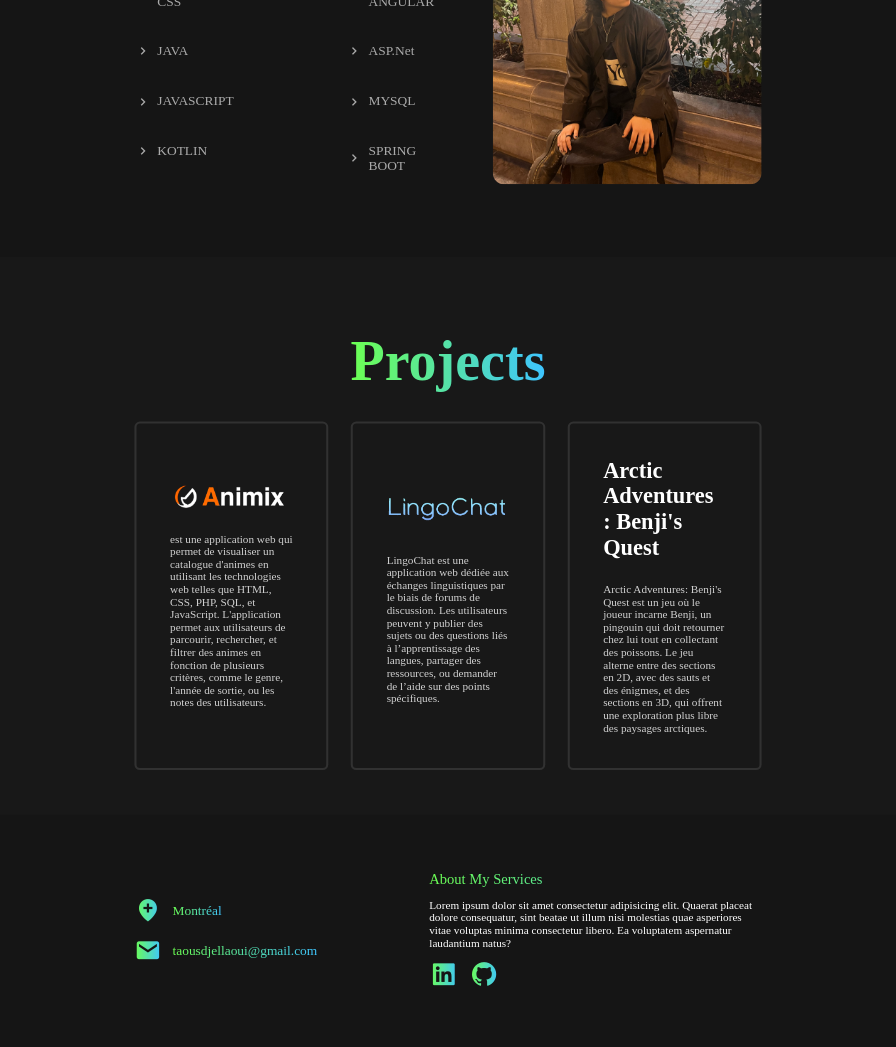
Repository: taousdjellaoui/portfolio-
Page: index.html
An editor plug-in stored every save of this project. The page is shown before and after the next save, followed by the edit.
The browser window is 1280 px wide. The pictures show the part of the page from y = 1073 to 2993 px (the page is 2568 px tall before and 2993 px after), at 70% of full size.
A picture or video elsewhere on the page could not be fetched, so the positions and the page height are approximate.

Above is the page before, as saved 2024-10-09 20:25:57.

After the next save:
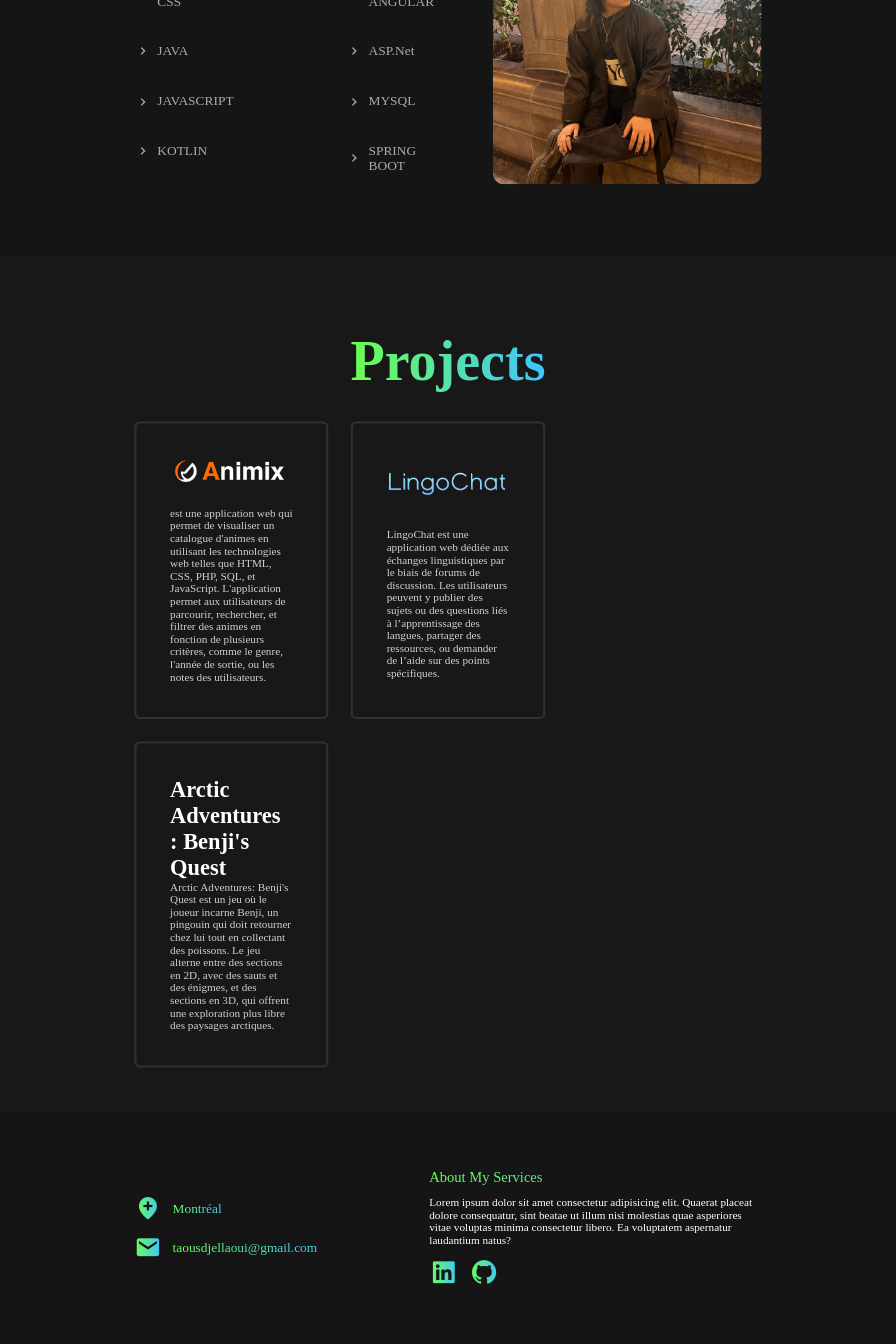
Saved 110 s later.
--- a/index.html
+++ b/index.html
@@ -90,13 +90,13 @@
             LingoChat est une application web dédiée aux échanges linguistiques par le biais de forums de discussion. Les utilisateurs peuvent y publier des sujets ou des questions liés à l’apprentissage des langues, partager
             des ressources, ou demander de l’aide sur des points spécifiques.</p>
         </div>
-        <div class="box">
+        <a href=""> <div class="box">
           <h1>Arctic Adventures : Benji's Quest</h1>
           <p>Arctic Adventures: Benji's Quest est un jeu où le
             joueur incarne Benji, un pingouin qui doit retourner chez lui tout en
             collectant des poissons. Le jeu alterne entre des sections en 2D, avec des sauts et des
             énigmes, et des sections en 3D, qui offrent une exploration plus libre des paysages arctiques. </p>
-
+          </a>
         </div>
       </div>
     </section>
